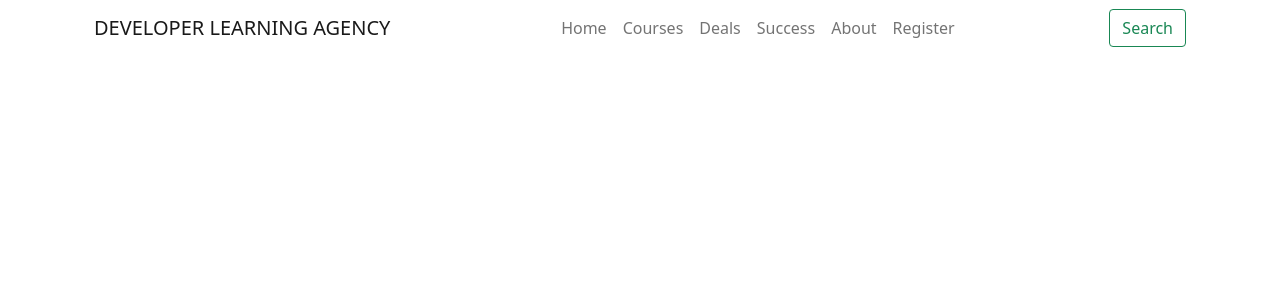
Repository: zjria/developer-learning-agency
Page: index.html
These files come from the project's save history. The page is drawn as it stood at one moment and after the next save; the edit follows.
The browser window is 1280 px wide. The pictures show the whole page.

Above is the page before, as saved 2022-10-11 10:41:59.

After the next save:
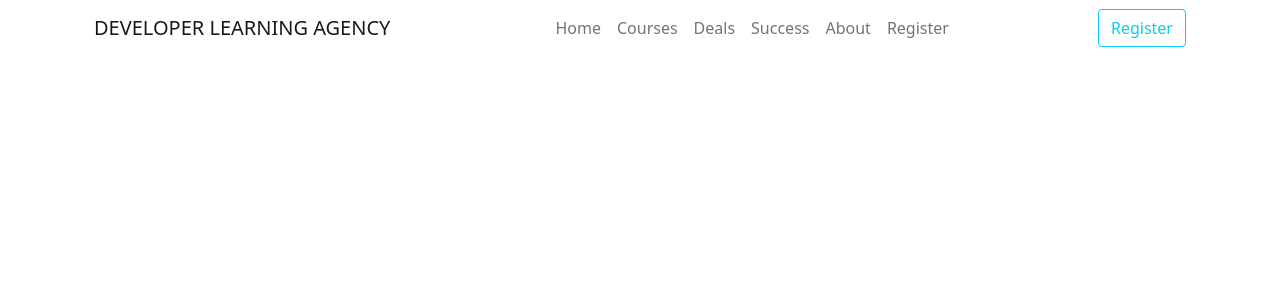
Saved 14 s later.
--- a/index.html
+++ b/index.html
@@ -52,7 +52,7 @@
                         </ul>
 
                         <form class="d-flex">
-                            <button class="btn btn-outline-success" type="submit">Search</button>
+                            <button class="btn btn-outline-info" type="submit">Register</button>
                         </form>
                     </div>
                 </div>
